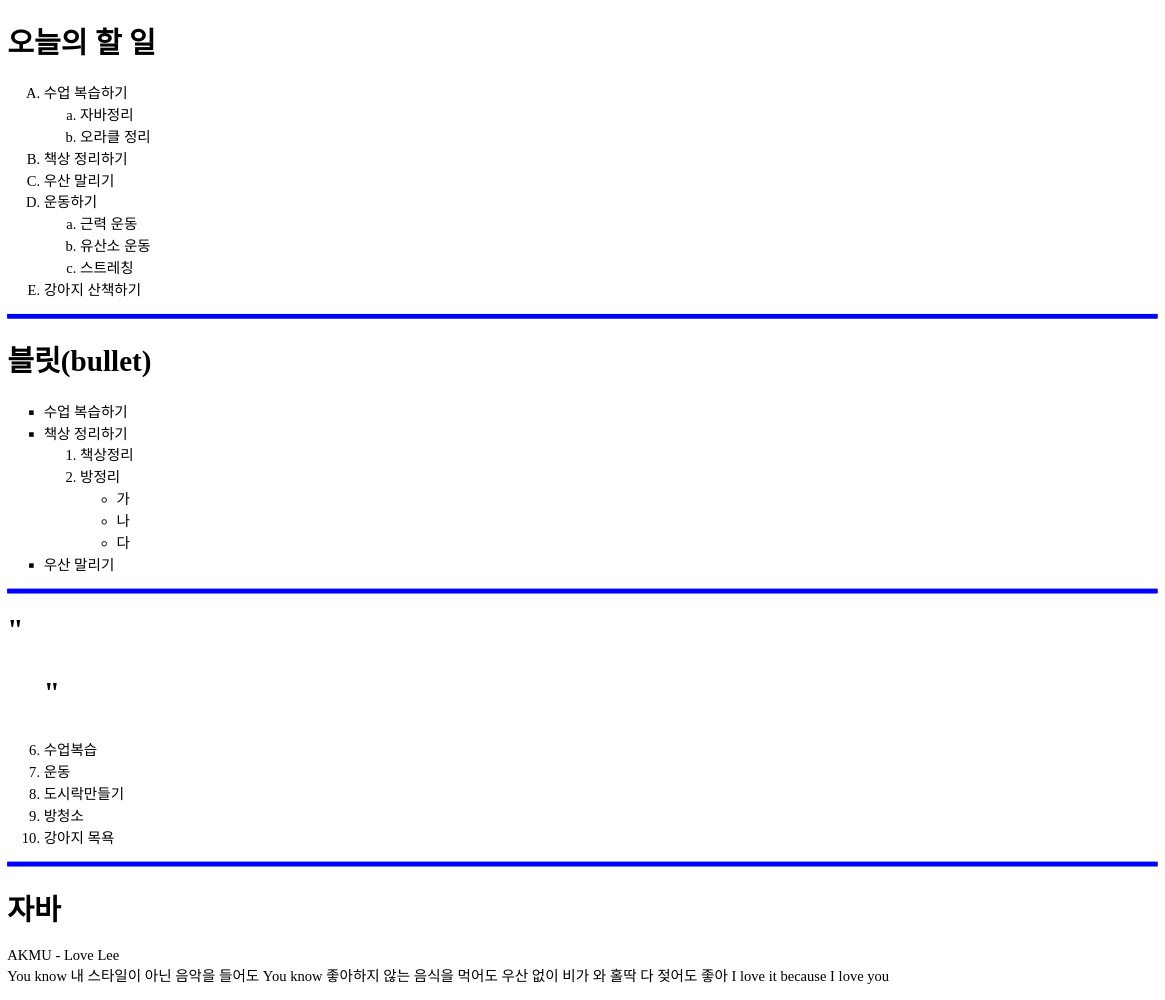
Repository: hb6700/client
Page: ClientTest/src/main/webapp/html/ex10_list.html
An editor plug-in stored every save of this project. The page is shown before and after the next save, followed by the edit.
The browser window is 1280 px wide. The pictures show the whole page, at 91% of full size.

Above is the page before, as saved 2023-09-20 02:23:10.

After the next save:
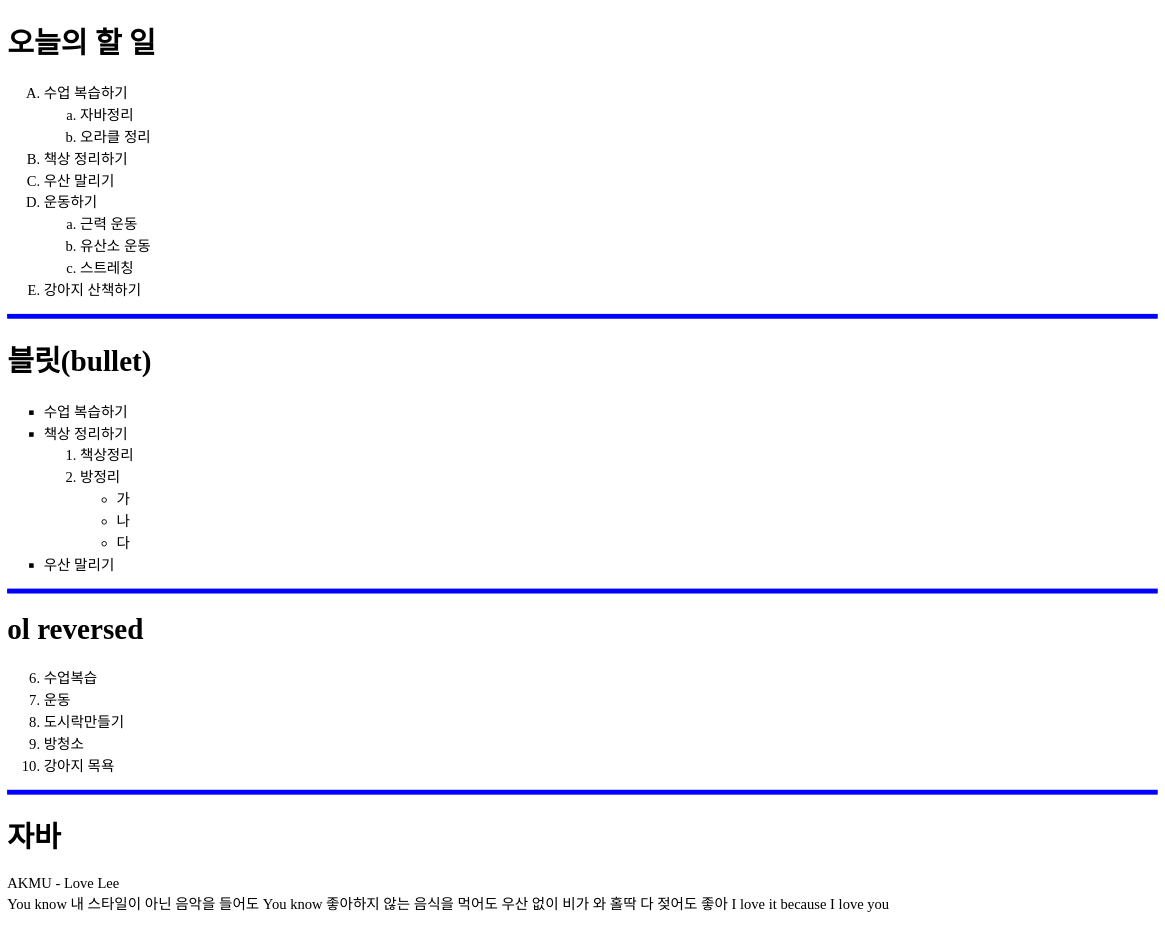
Saved 26 s later.
--- a/ClientTest/src/main/webapp/html/ex10_list.html
+++ b/ClientTest/src/main/webapp/html/ex10_list.html
@@ -67,8 +67,8 @@
 		</ul>
 
 		<hr size="5" color="blue">
-
-		<h1> "<ol reversed>" </h1>
+		<!-- "<ol reversed>" -->
+		<h1>ol reversed</h1>
 		<ol start="6">
 			<li>수업복습</li>
 			<li>운동</li>
